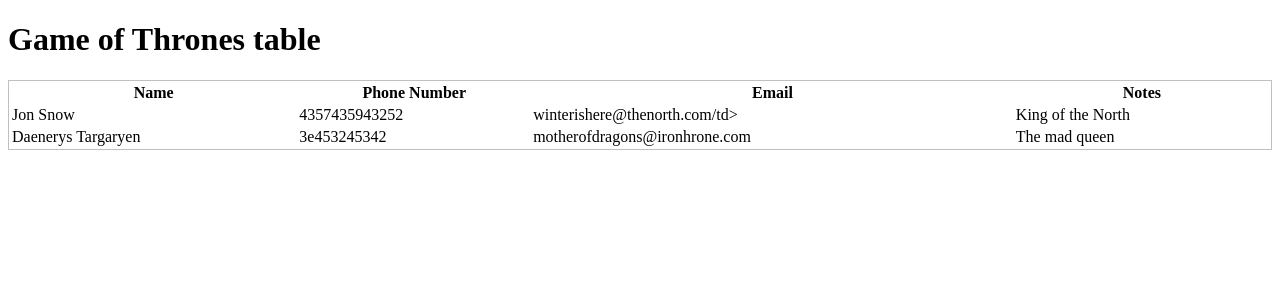
Repository: linas-dev/HTML-CSS-Projects
Page: Basic_HTML_and_CSS/HTML_Table.html
These files come from the project's save history. The page is drawn as it stood at one moment and after the next save; the edit follows.
The browser window is 1280 px wide. The pictures show the whole page.

Above is the page before, as saved 2021-05-30 10:38:15.

After the next save:
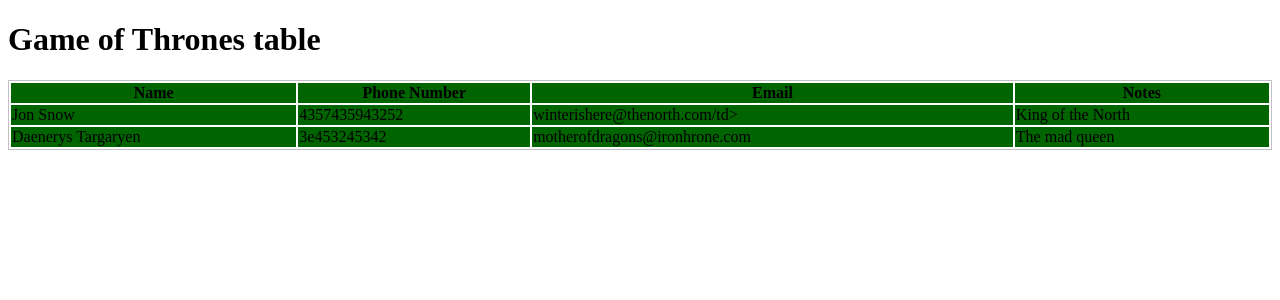
Saved 19 s later.
--- a/Basic_HTML_and_CSS/CSS_Table.css
+++ b/Basic_HTML_and_CSS/CSS_Table.css
@@ -5,6 +5,9 @@ table {
 td:hover {
     background-color: yellow;
     color: black;
+}
+tr, th {
+    background-color:darkgreen;
 }
 
 
